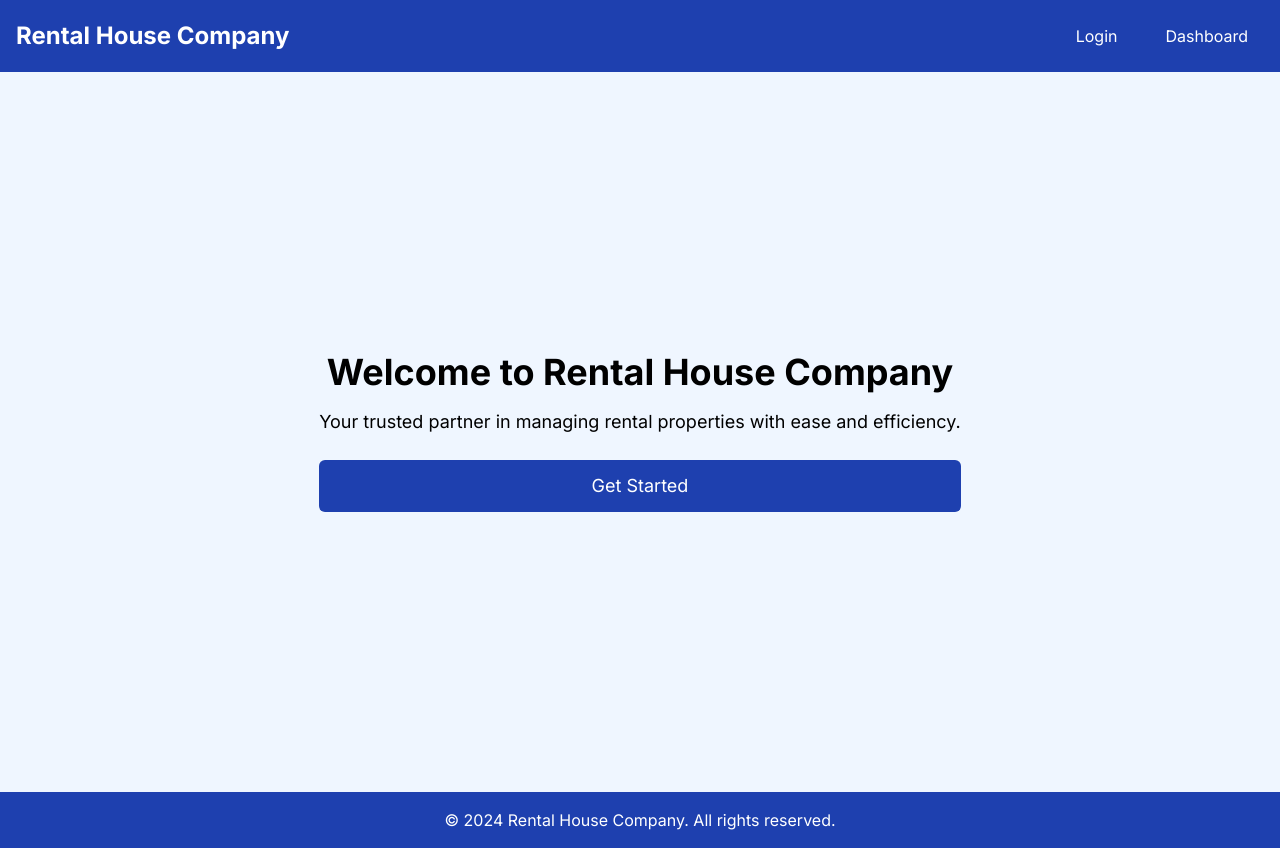
Repository: NassimeElkamari/Horizon-Housing
Page: /
The author's editor kept a copy of each file at every save. The page is drawn from the files as they stood at one save, then again after a run of saves.
The browser window is 1280 px wide. The pictures show the whole page.
The project was rebuilt for these pictures with package versions that can differ from the ones it lists, and the page was loaded fresh each time. The framework's server and built-in components were replaced by stand-ins that run in the browser. Also part of the build but not shown: next.config.mjs.

Above is the page before, as saved 2024-08-28 21:07:09.

### src/app/page.tsx
import Link from 'next/link';

const HomePage = () => {
  return (
    <div className="min-h-screen bg-gray-100">
      <header className="bg-blue-800 text-white p-4">
        <div className="container mx-auto flex justify-between items-center">
          <h1 className="text-2xl font-bold">Rental House Company</h1>
          <nav>
            <ul className="flex space-x-4">
              <li>
                <Link href="/login">
                  <p className="hover:bg-blue-700 px-4 py-2 rounded-md">Login</p>
                </Link>
              </li>
              <li>
                <Link href="/dashboard">
                  <p className="hover:bg-blue-700 px-4 py-2 rounded-md">Dashboard</p>
                </Link>
              </li>
            </ul>
          </nav>
        </div>
      </header>

      <main className="flex flex-col items-center justify-center min-h-screen bg-blue-50">
        <div className="text-center p-6">
          <h2 className="text-4xl font-bold mb-4">Welcome to Rental House Company</h2>
          <p className="text-lg mb-6">Your trusted partner in managing rental properties with ease and efficiency.</p>
          <Link href="/dashboard">
            <p className="bg-blue-800 text-white px-6 py-3 rounded-md text-lg hover:bg-blue-700">Get Started</p>
          </Link>
        </div>
      </main>

      <footer className="bg-blue-800 text-white p-4">
        <div className="container mx-auto text-center">
          <p>&copy; {new Date().getFullYear()} Rental House Company. All rights reserved.</p>
        </div>
      </footer>
    </div>
  );
};

export default HomePage;

Loaded but not shown: src/app/layout.tsx (common file); src/app/globals.css (common file); tailwind.config.ts (common file)

After the next 2 saves:
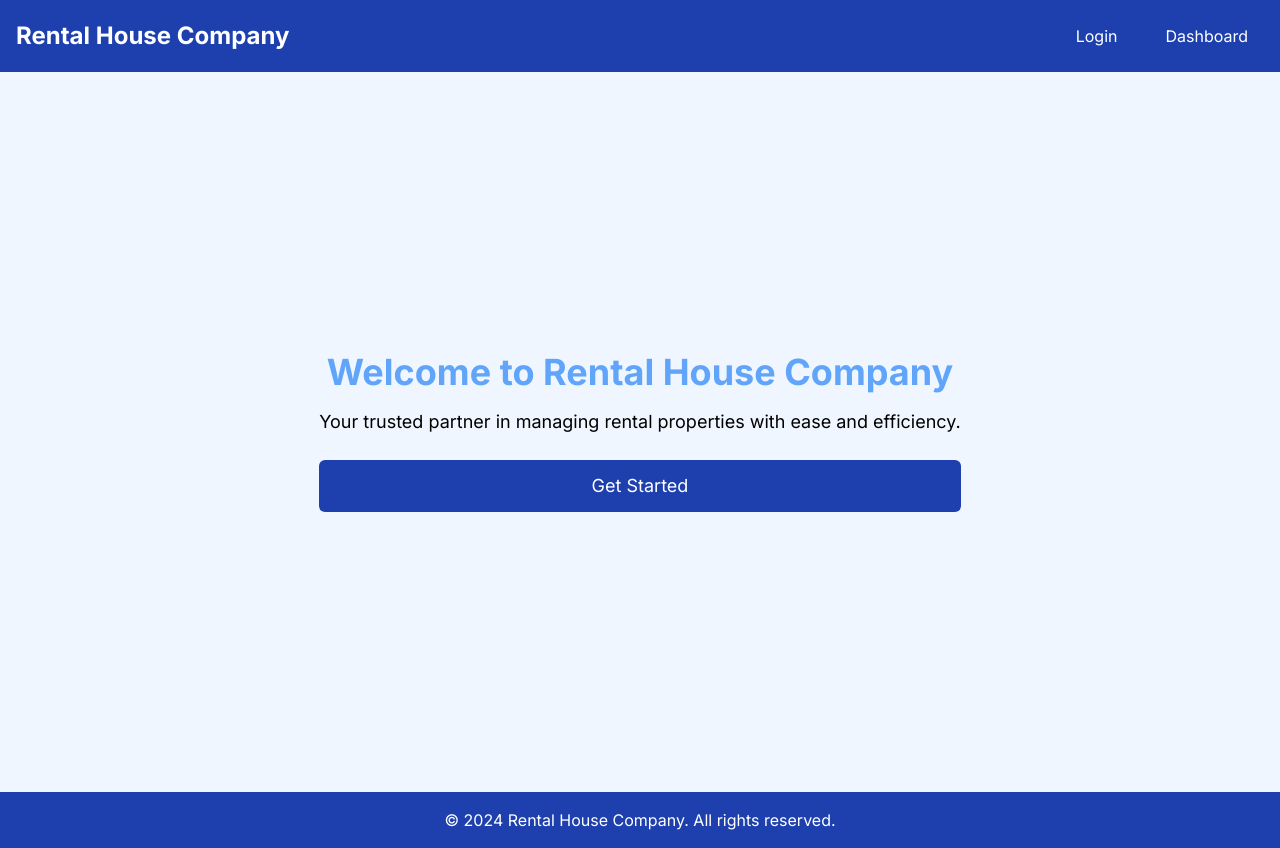
The 2 saves are shown as one change because they came seconds apart.
The last was saved 3 min 21 s later.
--- a/src/app/page.tsx
+++ b/src/app/page.tsx
@@ -25,7 +25,7 @@ const HomePage = () => {
 
       <main className="flex flex-col items-center justify-center min-h-screen bg-blue-50">
         <div className="text-center p-6">
-          <h2 className="text-4xl font-bold mb-4">Welcome to Rental House Company</h2>
+          <h2 className="text-4xl font-bold mb-4 text-blue-400">Welcome to Rental House Company</h2>
           <p className="text-lg mb-6">Your trusted partner in managing rental properties with ease and efficiency.</p>
           <Link href="/dashboard">
             <p className="bg-blue-800 text-white px-6 py-3 rounded-md text-lg hover:bg-blue-700">Get Started</p>
